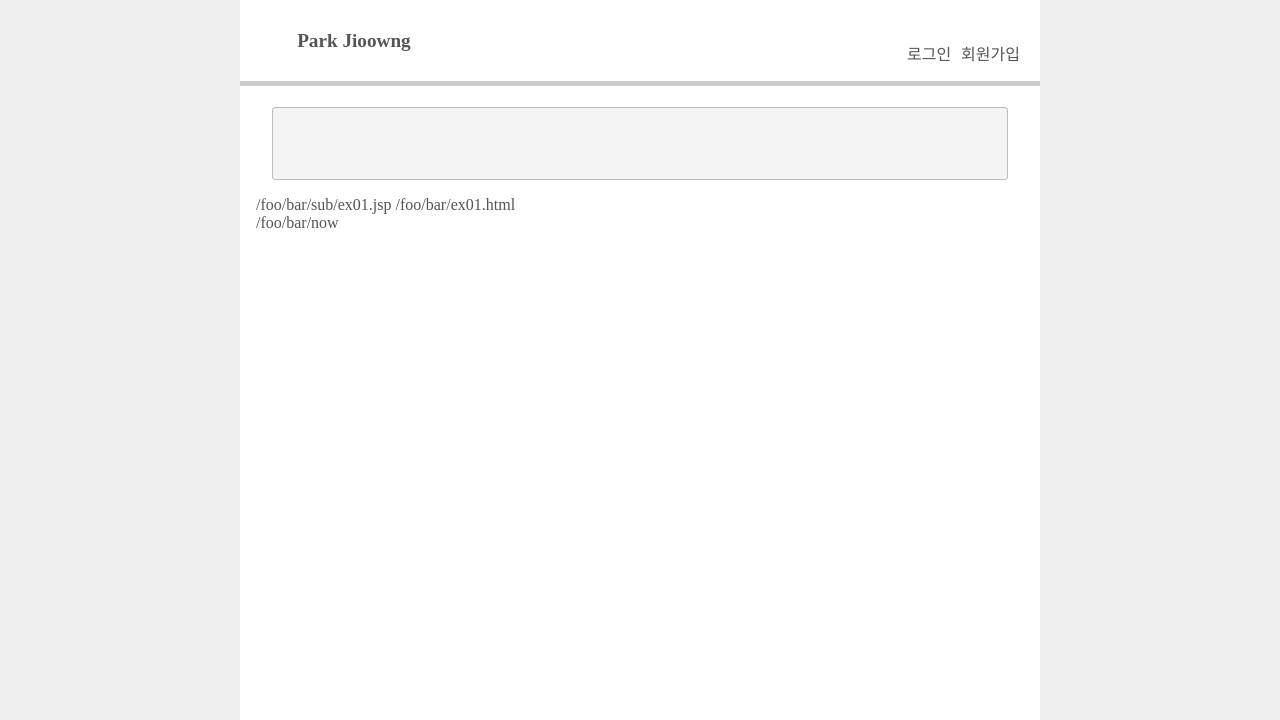
Repository: park-jiwoong/webClass
Page: webPro/src/main/webapp/JSPClass/jspPro/src/main/webapp/days02/ex01.html
These files come from the project's save history. The page is drawn as it stood at one moment and after a run of saves; the edit follows.
The browser window is 1280 px wide. The pictures show the whole page.
Some web fonts or font styles are not loaded; a fallback is used.

Above is the page before, as saved 2025-05-22 07:30:42.

After the next 2 saves:
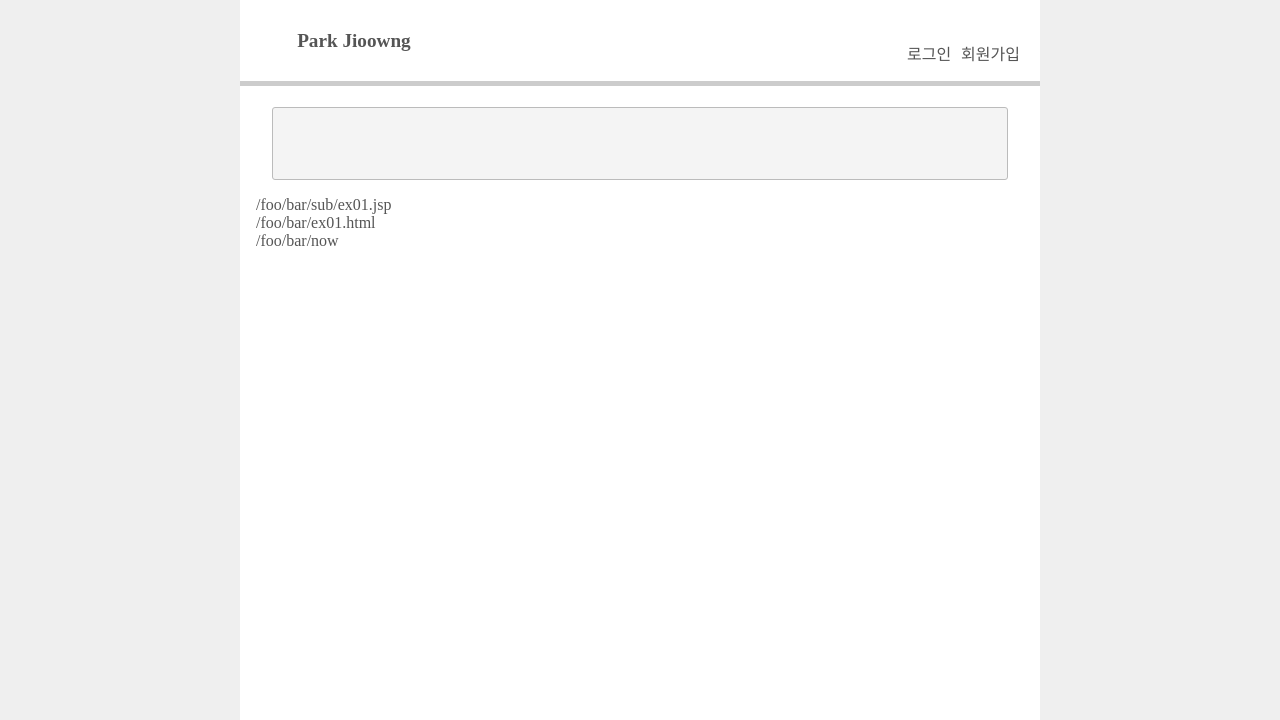
The 2 saves are shown as one change because they came seconds apart.
The last was saved 32 s later.
--- a/webPro/src/main/webapp/JSPClass/jspPro/src/main/webapp/days02/ex01.html
+++ b/webPro/src/main/webapp/JSPClass/jspPro/src/main/webapp/days02/ex01.html
@@ -25,7 +25,7 @@
   <xmp class="code">
 
   </xmp>
-	<a href="/foo/bar/sub/ex01.jsp">/foo/bar/sub/ex01.jsp</a>
+	<a href="/foo/bar/sub/ex01.jsp">/foo/bar/sub/ex01.jsp</a><br>
 	<a href="/foo/bar/ex01.html">/foo/bar/ex01.html</a><br>
 	<a href="/foo/bar/now">/foo/bar/now</a><br>
 </div>
